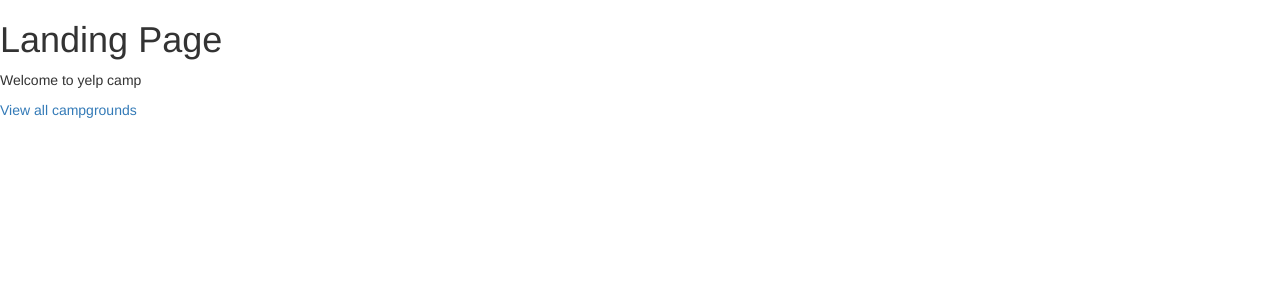
Repository: demioke/web-development-bootcamp
Page: http://localhost/
The author's editor kept a record of every edit. The page is drawn from the files as they stood at one moment, then again after the next edit.
The browser window is 1280 px wide. The pictures show the whole page.
The page is served by the project's Node server (YelpCamp/v1/app.js).

Above is the page before.

After the next edit:
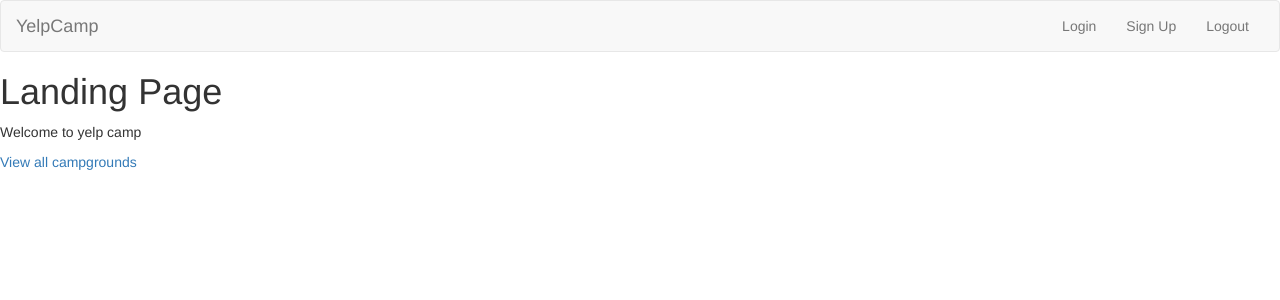
The edit:
--- a/YelpCamp/v1/views/partials/header.ejs
+++ b/YelpCamp/v1/views/partials/header.ejs
@@ -5,3 +5,18 @@
         <link rel="stylesheet" href="https://stackpath.bootstrapcdn.com/bootstrap/3.3.5/css/bootstrap.min.css">
     </head>
     <body>
+
+    <nav class="navbar navbar-default">
+        <div class="container-fluid">
+            <div class="navbar-header">
+                <a class="navbar-brand" href="/">YelpCamp</a>
+            </div>
+            <div class="collapse navbar-collapse">
+                <ul class="nav navbar-nav navbar-right">
+                    <li><a href="/">Login</a></li>
+                    <li><a href="/">Sign Up</a></li>
+                    <li><a href="/">Logout</a></li>
+                </ul>
+            </div>
+        </div>
+    </nav>
